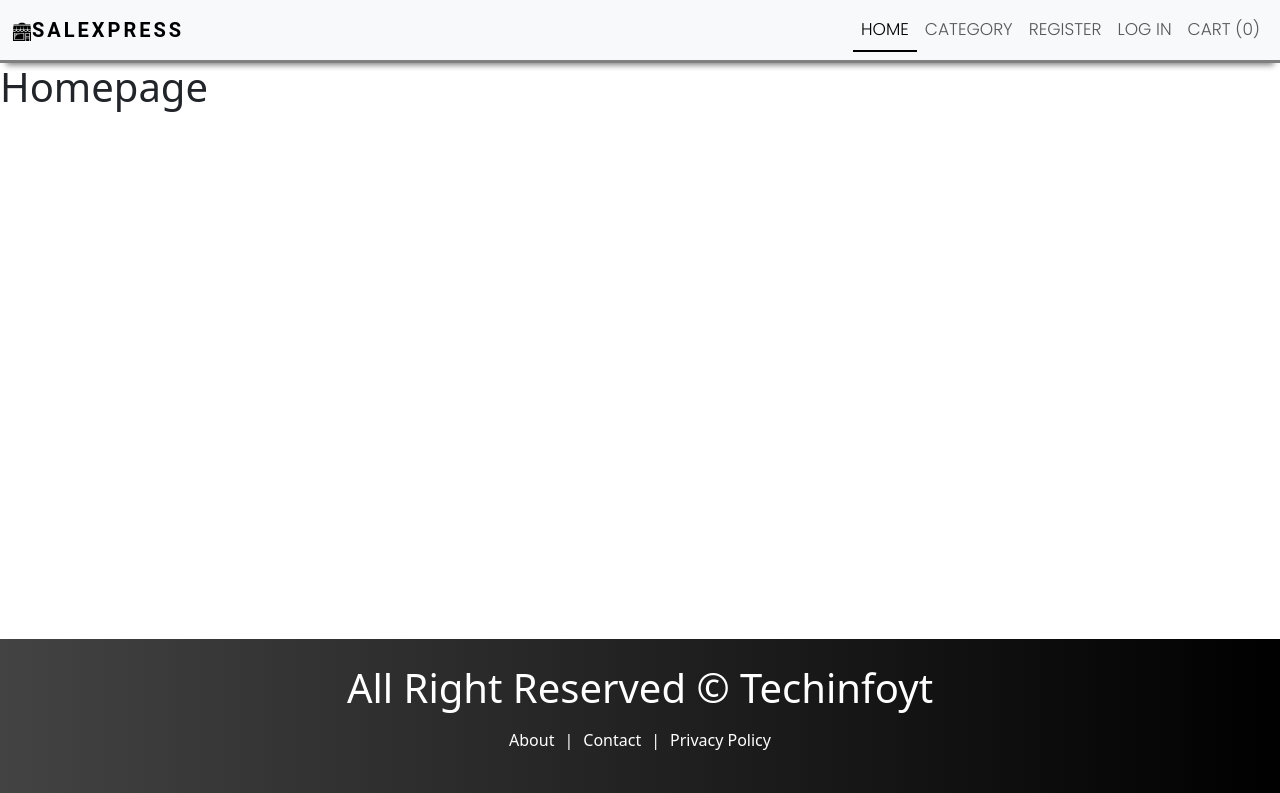
Repository: Abhi2359/SaleXpress
Page: / (app in client/)
These files come from the project's save history. The page is drawn as it stood at one moment and after a run of saves; the edit follows.
The browser window is 1280 px wide. The pictures show the whole page.
The project was rebuilt for these pictures with package versions that can differ from the ones it lists, and the page was loaded fresh each time. Also part of the build but not shown: client/vite.config.js, client/src/pages/About.jsx, client/src/pages/Policy.jsx, client/src/pages/PageNotFound.jsx.

Above is the page before, as saved 2023-05-08 19:27:04.

After the next 2 saves:
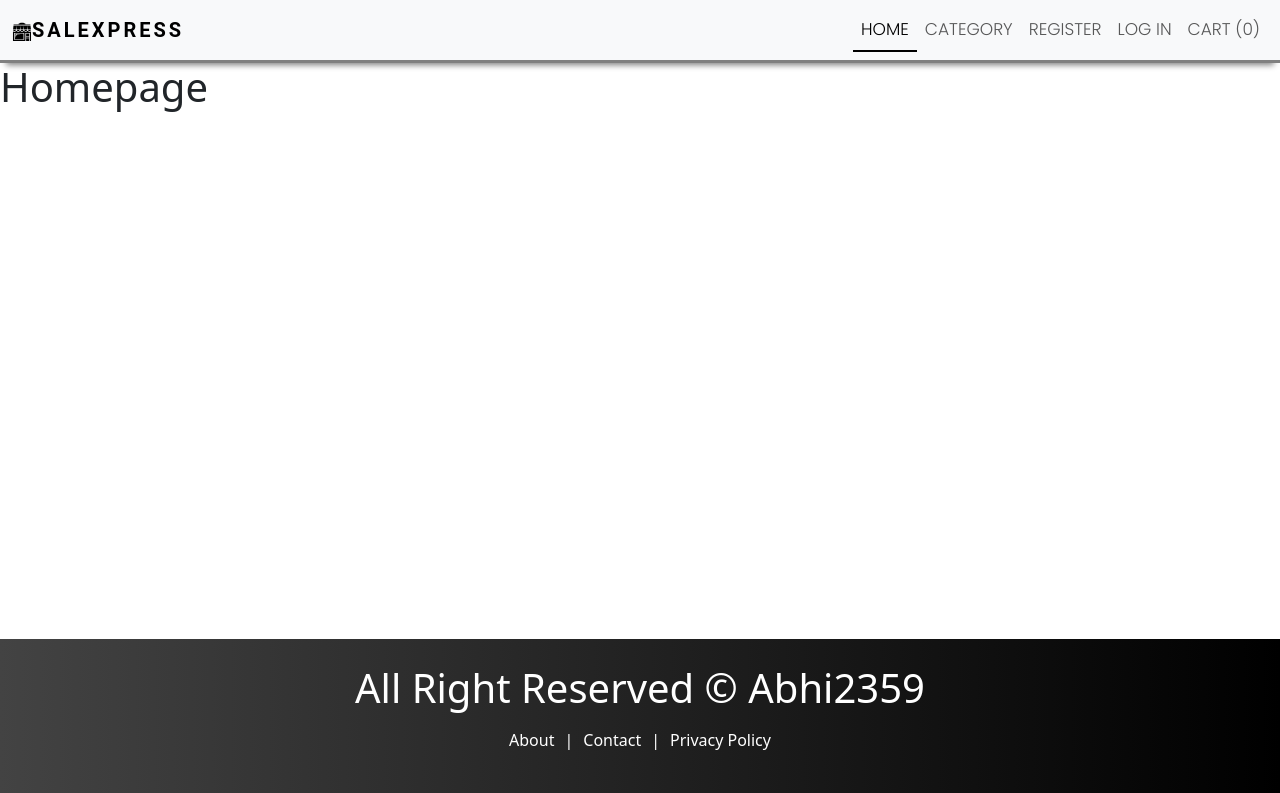
The 2 saves are shown as one change because they came seconds apart.
The last was saved 10 s later.
--- a/client/src/components/Layout/Footer.jsx
+++ b/client/src/components/Layout/Footer.jsx
@@ -3,7 +3,7 @@ import { Link } from "react-router-dom";
 const Footer = () => {
   return (
     <div className="footer">
-      <h1 className="text-center">All Right Reserved &copy; Techinfoyt</h1>
+      <h1 className="text-center">All Right Reserved &copy; Abhi2359</h1>
       <p className="text-center mt-3">
         <Link to="/about">About</Link>|<Link to="/contact">Contact</Link>|
         <Link to="/policy">Privacy Policy</Link>
